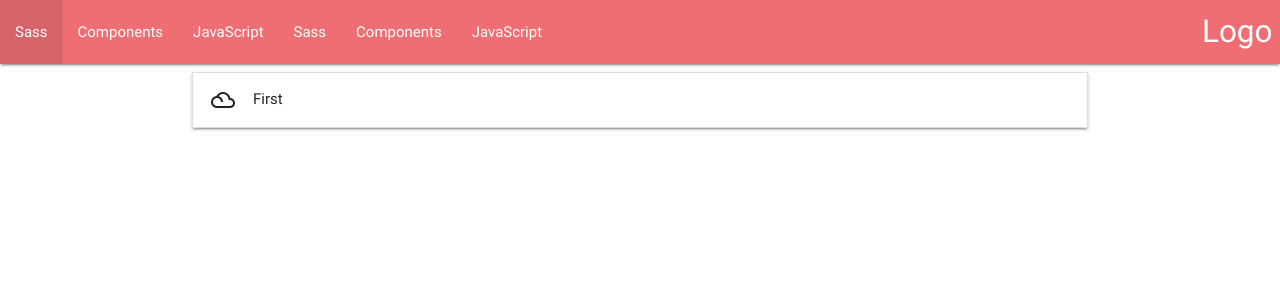
Repository: DanielJMaia/task-manager-minip
Page: http://localhost/
The author's editor kept a record of every edit. The page is drawn from the files as they stood at one moment, then again after a run of edits.
The browser window is 1280 px wide. The pictures show the whole page.
Some web libraries are served in a nearby version. The page is served by the project's application, run on Flask 3 (app.py). Queries for data that is not in the repository find no rows.

Above is the page before.

After the next 2 edits:
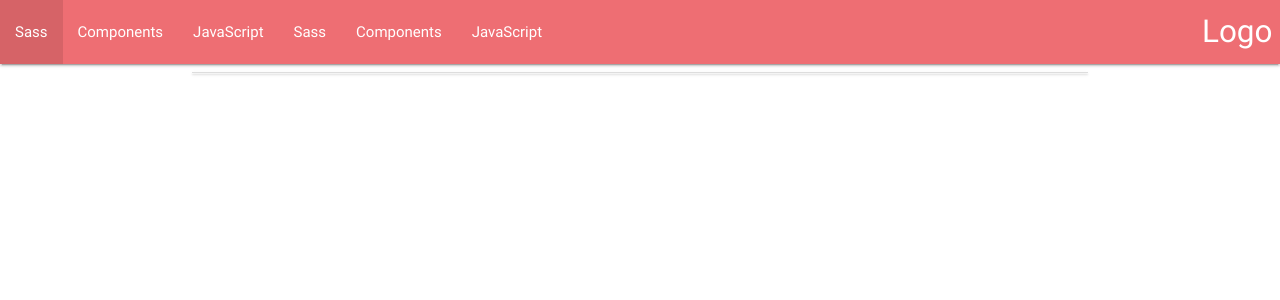
The 2 edits are shown as one change because 1 did not build or start.
The edit:
--- a/templates/tasks.html
+++ b/templates/tasks.html
@@ -10,11 +10,12 @@
         {% endfor %}
 
 <ul class="collapsible">
+    {% for task in tasks %}
     <li>
       <div class="collapsible-header"><i class="material-icons">filter_drama</i>First</div>
       <div class="collapsible-body"><span>Lorem ipsum dolor sit amet.</span></div>
     </li>
-
+    {% endfor %}
 </ul>
 
 {% endblock %}
